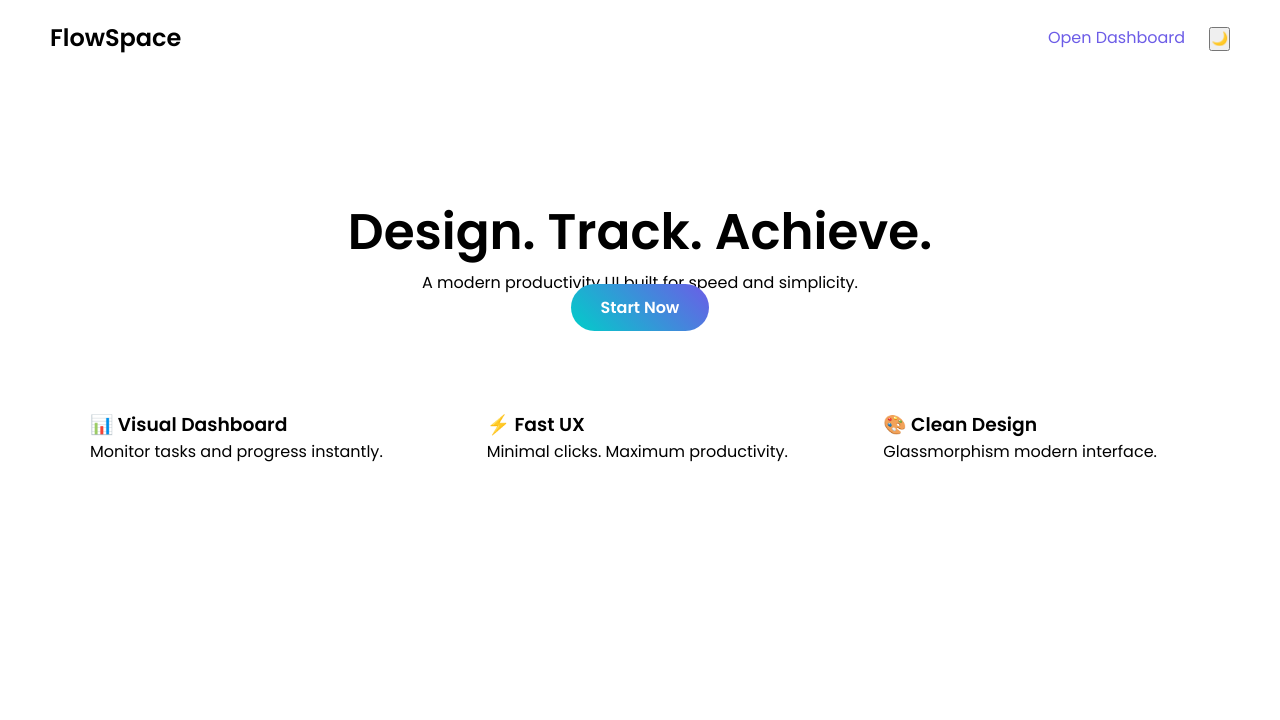
Repository: 07MADARA/flowspace-dashboard
Page: index.html
An editor plug-in stored every save of this project. The page is shown before and after the next save, followed by the edit.
The browser window is 1280 px wide. The pictures show the whole page.

Above is the page before, as saved 2026-03-15 10:04:10.

### index.html
<!DOCTYPE html>
<html>

<head>

<title>FlowSpace</title>

<link rel="stylesheet" href="css/style.css">

<link href="https://fonts.googleapis.com/css2?family=Poppins:wght@300;400;600&display=swap" rel="stylesheet">

</head>

<div id="particles-js"></div>

<script src="https://cdn.jsdelivr.net/npm/particles.js"></script>

<script>

particlesJS("particles-js",{

particles:{

number:{ value:80 },

color:{ value:"#ffffff" },

shape:{ type:"circle" },

opacity:{ value:0.5 },

size:{ value:3 },

move:{ speed:2 }

}

})

</script>

<body>

<nav>

<h2 class="logo">FlowSpace</h2>

<div class="nav-buttons">

<a href="dashboard.html" class="btn">Open Dashboard</a>

<button id="themeToggle">🌙</button>

</div>

</nav>

<section class="hero">

<h1>Design. Track. Achieve.</h1>

<p>A modern productivity UI built for speed and simplicity.</p>

<a href="dashboard.html" class="cta">Start Now</a>

</section>

<section class="features">

<div class="feature">
<h3>📊 Visual Dashboard</h3>
<p>Monitor tasks and progress instantly.</p>
</div>

<div class="feature">
<h3>⚡ Fast UX</h3>
<p>Minimal clicks. Maximum productivity.</p>
</div>

<div class="feature">
<h3>🎨 Clean Design</h3>
<p>Glassmorphism modern interface.</p>
</div>

</section>

<script src="js/script.js"></script>

</body>
</html>

### css/style.css
#particles-js{

position:fixed;

width:100%;

height:100%;

z-index:-1;

}
*{
margin:0;
padding:0;
box-sizing:border-box;
font-family:Poppins;
}



/* NAVBAR */

nav{

display:flex;
justify-content:space-between;
align-items:center;

padding:20px 50px;

}

.btn{

background:white;
color:#6C5CE7;

padding:10px 20px;

border-radius:25px;

text-decoration:none;

}

/* HERO */

.hero{

text-align:center;

margin-top:120px;

}

.hero h1{

font-size:50px;

}

.cta{

background:linear-gradient(45deg,#00cec9,#6c5ce7);

padding:12px 30px;

border-radius:30px;

color:white;

text-decoration:none;

font-weight:600;

transition:0.3s;

}

.cta:hover{

transform:scale(1.08);

}

/* FEATURES */

.features{

display:grid;

grid-template-columns:repeat(auto-fit,minmax(250px,1fr));

gap:30px;

padding:60px;

}

.feature{

background:rgba(255,255,255,0.15);

padding:30px;

border-radius:15px;

backdrop-filter:blur(15px);

transition:0.4s;

}

.feature:hover{

transform:translateY(-12px) scale(1.03);

}

/* DASHBOARD */

.dashboard-container{

display:flex;

}

.sidebar{

width:220px;

background:rgba(0,0,0,0.3);

height:100vh;

padding:30px;

}

.sidebar ul{

list-style:none;

margin-top:30px;

}

.sidebar li{

margin:15px 0;

cursor:pointer;

}

.main{

flex:1;

padding:40px;

}

.cards{

display:grid;

grid-template-columns:repeat(auto-fit,minmax(200px,1fr));

gap:20px;

margin-bottom:40px;

}

.card{

background:white;

color:black;

padding:25px;

border-radius:12px;

box-shadow:0 10px 20px rgba(0,0,0,0.2);

transition:0.3s;

}

.card:hover{

transform:scale(1.05);

}

/* MOBILE */

@media(max-width:768px){

.dashboard-container{

flex-direction:column;

}

.sidebar{

width:100%;
height:auto;

}

}

.card{

animation:fadeIn 1.2s ease;

}

### js/script.js
const toggle = document.getElementById("themeToggle")

if(toggle){

toggle.addEventListener("click",()=>{

document.body.classList.toggle("dark")

})

}

/* Chart */

const ctx = document.getElementById('chart')

if(ctx){

new Chart(ctx,{

type:'bar',

data:{

labels:['Mon','Tue','Wed','Thu','Fri'],

datasets:[{

label:'Productivity',

data:[5,7,4,8,6]

}]

}

})

}

After the next save:
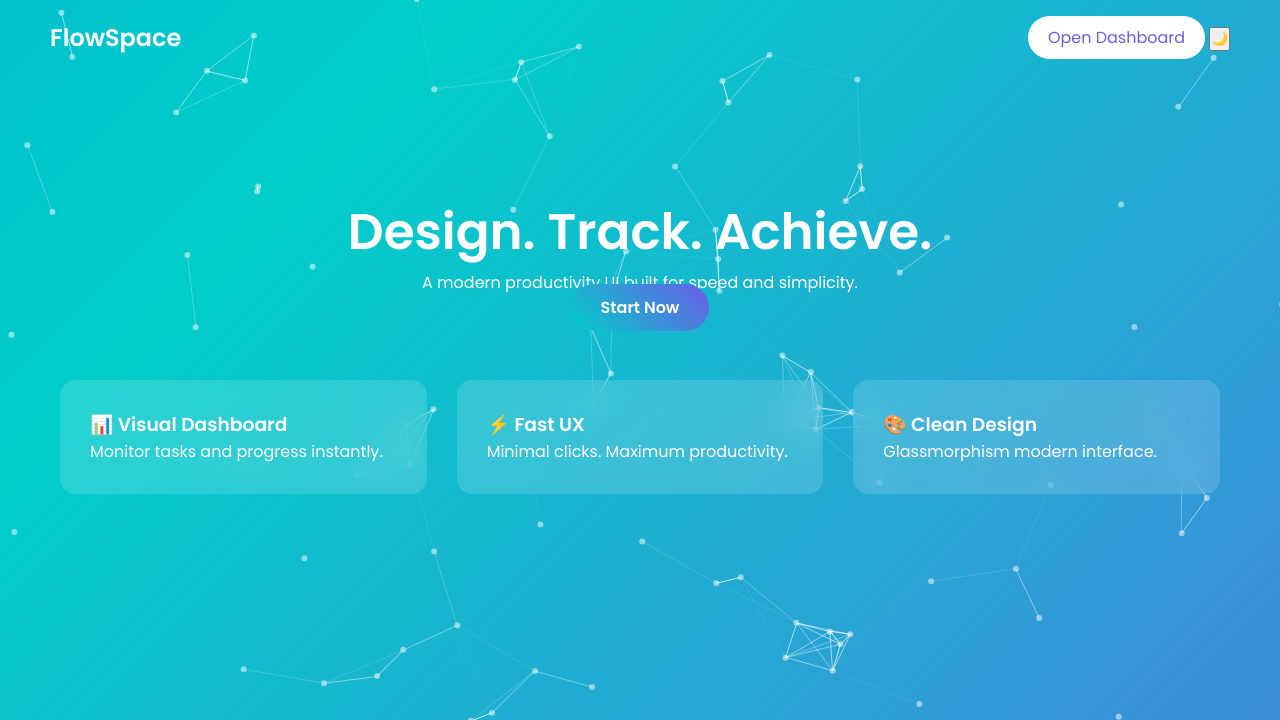
Saved 5 s later.
--- a/css/style.css
+++ b/css/style.css
@@ -16,7 +16,25 @@ box-sizing:border-box;
 font-family:Poppins;
 }
 
-
+body{
+margin:0;
+font-family:Poppins;
+
+background: linear-gradient(-45deg,#6C5CE7,#00CEC9,#0984e3,#6C5CE7);
+background-size:400% 400%;
+animation:gradientBG 12s ease infinite;
+
+color:white;
+min-height:100vh;
+}
+
+@keyframes gradientBG{
+
+0%{background-position:0% 50%;}
+50%{background-position:100% 50%;}
+100%{background-position:0% 50%;}
+
+}
 
 /* NAVBAR */
 
